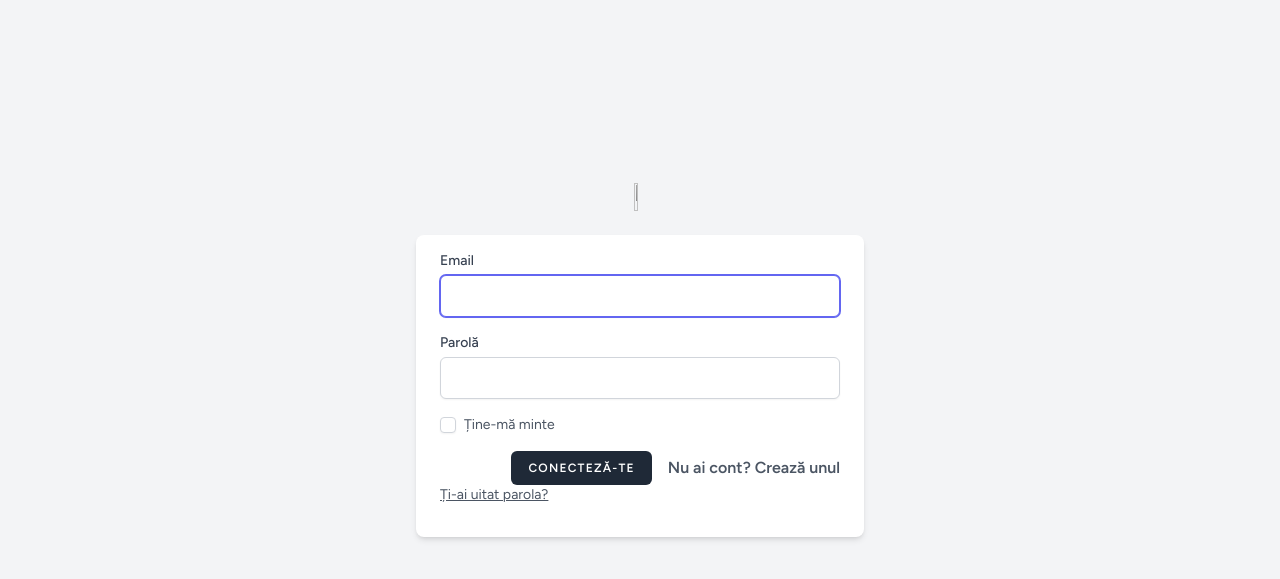
Repository: cosmin05072018/fantastic-events-manager
Page: http://localhost/login
An editor plug-in stored every save of this project. The page is shown before and after the next save, followed by the edit.
The browser window is 1280 px wide. The pictures show the whole page.
The page is served by the project's Laravel application, run on PHP 8.4 with Laravel 10. Style sheets and scripts are compiled from the project's sources, by tool versions that may differ from the author's.

Above is the page before, as saved 2024-11-03 17:56:41.

After the next save:
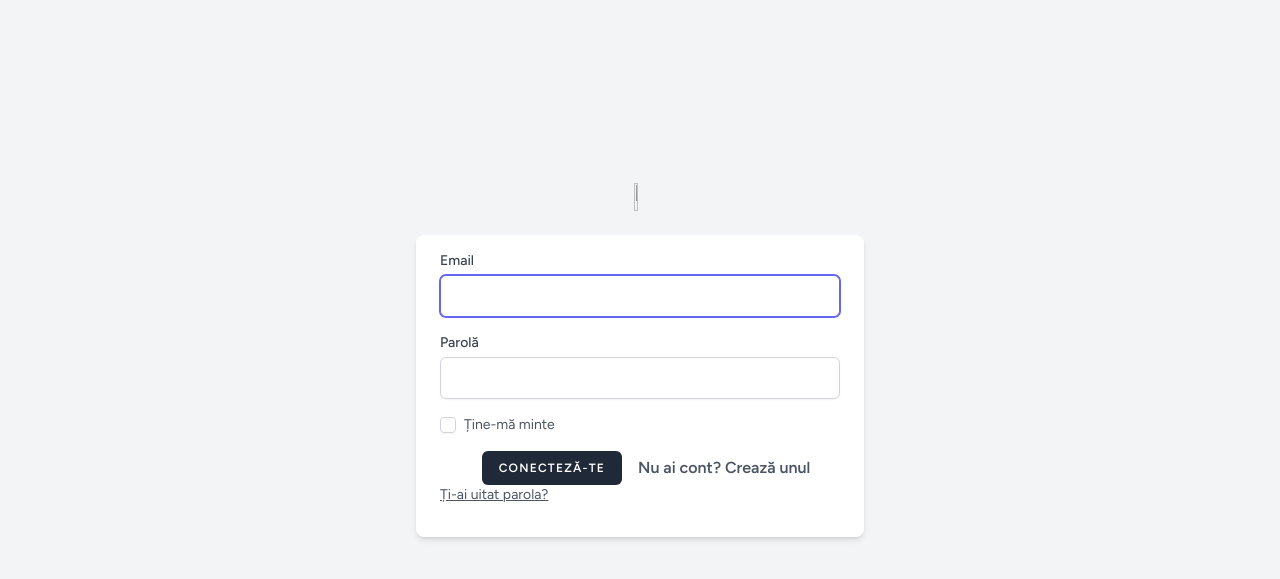
Saved 20 s later.
--- a/resources/views/auth/login.blade.php
+++ b/resources/views/auth/login.blade.php
@@ -42,7 +42,7 @@
             </label>
         </div>
 
-        <div class="flex items-center justify-end mt-4">
+        <div class="flex items-center justify-center mt-4">
             <x-primary-button class="ms-3">
                 {{ __('Conecteză-te') }}
             </x-primary-button>
